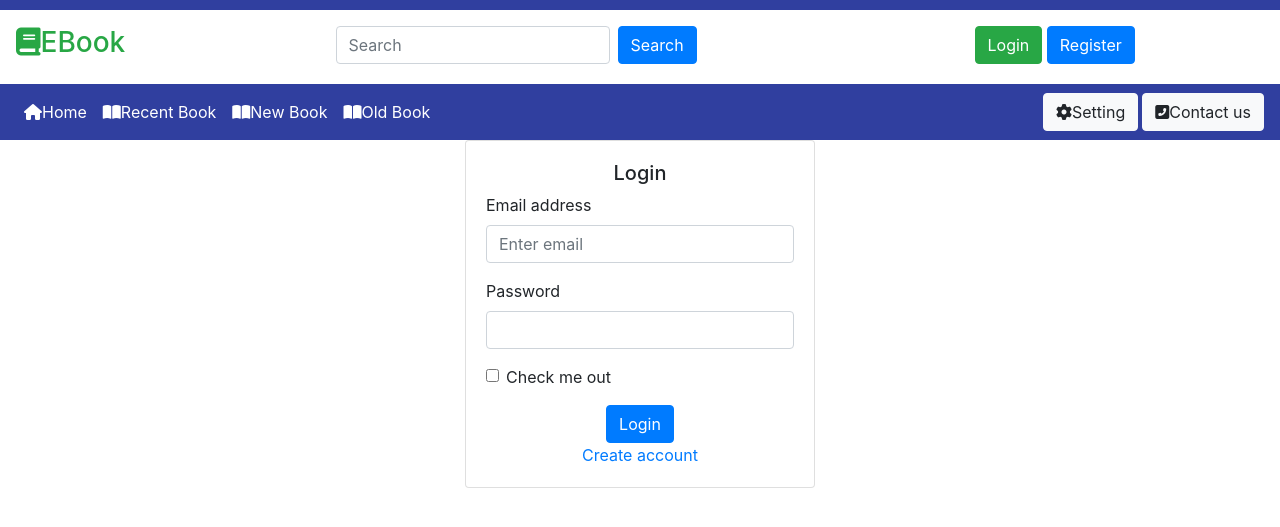
Repository: DaoThanhLam/eProjectKy4
Page: http://localhost/bookma_pro/login.jsp
An editor plug-in stored every save of this project. The page is shown before and after the next save, followed by the edit.
The browser window is 1280 px wide. The pictures show the whole page.
Some web libraries are served in a nearby version. The page is served by Tomcat 9.

Above is the page before, as saved 2024-11-16 08:35:45.

### bookma_pro/src/main/webapp/login.jsp
<%@ page language="java" contentType="text/html; charset=ISO-8859-1"
    pageEncoding="ISO-8859-1"%>
<!DOCTYPE html>
<html>
<head>
<meta charset="ISO-8859-1">
<title>Insert title here</title>
<%@include file="components/css.jsp"%>
</head>
<body style="backgrounf-color: #f0f1f2">
<%@include file="components/navbar.jsp"%>

<div class="container">
	<div class="row">
		<div class="col-md-4 offset-md-4">
			<div class="card">
				<div class="card-body">
			<h5 class="text-center">Login</h5>
					<form>
  						<div class="form-group">
    						<label for="exampleInputEmail1">Email address</label>
    						<input type="email" class="form-control" id="exampleInputEmail1" aria-describedby="emailHelp" placeholder="Enter email">
  						</div>
  						<div class="form-group">
    						<label for="exampleInputPassword1">Password</label>
    						<input type="password" class="form-control" id="exampleInputPassword1">
  						</div>
  						<div class="form-group form-check">
    						<input type="checkbox" class="form-check-input" id="exampleCheck1">
    						<label class="form-check-label" for="exampleCheck1">Check me out</label>
  						</div>
  						<div class="text-center">
  							<button type="submit" class="btn btn-primary">Login</button> <br>
  							<a href="register.jsp">Create account</a>
  						</div>
					</form>
				</div>
			</div>
		</div>
	</div>
</div>


</body>
</html>

### bookma_pro/src/main/webapp/components/css.jsp
<link rel="stylesheet" href="https://cdn.jsdelivr.net/npm/bootstrap@4.3.1/dist/css/bootstrap.min.css" integrity="sha384-ggOyR0iXCbMQv3Xipma34MD+dH/1fQ784/j6cY/iJTQUOhcWr7x9JvoRxT2MZw1T" crossorigin="anonymous">

<script src="https://code.jquery.com/jquery-3.3.1.slim.min.js" integrity="sha384-q8i/X+965DzO0rT7abK41JStQIAqVgRVzpbzo5smXKp4YfRvH+8abtTE1Pi6jizo" crossorigin="anonymous"></script>

<script src="https://cdn.jsdelivr.net/npm/popper.js@1.14.7/dist/umd/popper.min.js" integrity="sha384-UO2eT0CpHqdSJQ6hJty5KVphtPhzWj9WO1clHTMGa3JDZwrnQq4sF86dIHNDz0W1" crossorigin="anonymous"></script>

<script src="https://cdn.jsdelivr.net/npm/bootstrap@4.3.1/dist/js/bootstrap.min.js" integrity="sha384-JjSmVgyd0p3pXB1rRibZUAYoIIy6OrQ6VrjIEaFf/nJGzIxFDsf4x0xIM+B07jRM" crossorigin="anonymous"></script>

<link rel="stylesheet" href="https://cdnjs.cloudflare.com/ajax/libs/font-awesome/6.6.0/css/all.min.css" integrity="sha512-Kc323vGBEqzTmouAECnVceyQqyqdsSiqLQISBL29aUW4U/M7pSPA/gEUZQqv1cwx4OnYxTxve5UMg5GT6L4JJg==" crossorigin="anonymous" referrerpolicy="no-referrer" />

<link rel="stylesheet" href="components/style.css">

### bookma_pro/src/main/webapp/components/navbar.jsp
<div class="container-fluid" style="height: 10px; background-color: #303f9f"></div>

<div class="container-fluid p-3">
	<div class="row" >
		<div class="col-md-3 text-success">
			<h3><i class="fas fa-book"></i>EBook</h3>
		</div>
		<div class="col-md-6">
	  		<form class="form-inline my-2 my-lg-0">
      			<input class="form-control mr-sm-2" type="search" placeholder="Search" aria-label="Search">
      			<button class="btn btn-primary my-2 my-sm-0" type="submit">Search</button>
    		</form>
		</div>

			<div class="col-md-3">
			<a href="login.jsp" class="btn btn-success">Login</a>
			<a href="register.jsp" class="btn btn-primary text-white">Register</a>
			</div>

	</div>
</div>

<nav class="navbar navbar-expand-lg navbar-dark bg-custom">
  <button class="navbar-toggler" type="button" data-toggle="collapse" data-target="#navbarSupportedContent" aria-controls="navbarSupportedContent" aria-expanded="false" aria-label="Toggle navigation">
    <span class="navbar-toggler-icon"></span>
  </button>

  <div class="collapse navbar-collapse" id="navbarSupportedContent">
    <ul class="navbar-nav mr-auto">
      <li class="nav-item active">
        <a class="nav-link" href="#">
        	<i class="fas fa-home"></i>Home <span class="sr-only">(current)</span>
        </a>
      </li>
      <li class="nav-item active">
        <a class="nav-link" href="#"><i class="fas fa-book-open"></i>Recent Book</a>
      </li>
      <li class="nav-item active">
        <a class="nav-link" href="#"><i class="fas fa-book-open"></i>New Book</a>
      </li>

      <li class="nav-item active">
        <a class="nav-link disabled" href="#" tabindex="-1" aria-disabled="true"><i class="fas fa-book-open"></i>Old Book</a>
      </li>
    </ul>
    <form class="form-inline my-2 my-lg-0">
      <button class="btn btn-light my-2 my-sm-0" type="submit"><i class="fas fa-cog"></i>Setting</button>
      <button class="btn btn-light my-2 my-sm-0 ml-1" type="submit"><i class="fas fa-phone-square-alt"></i>Contact us</button>
    </form>
  </div>
</nav>

### bookma_pro/src/main/webapp/components/style.css
.bg-custom{
	background-color: #303f9f;
}
.navbar .nav-item:hover .nav-link{
	background-color: white;
	color:  #303f9f;
	border-radius: 10px;
}

After the next save:
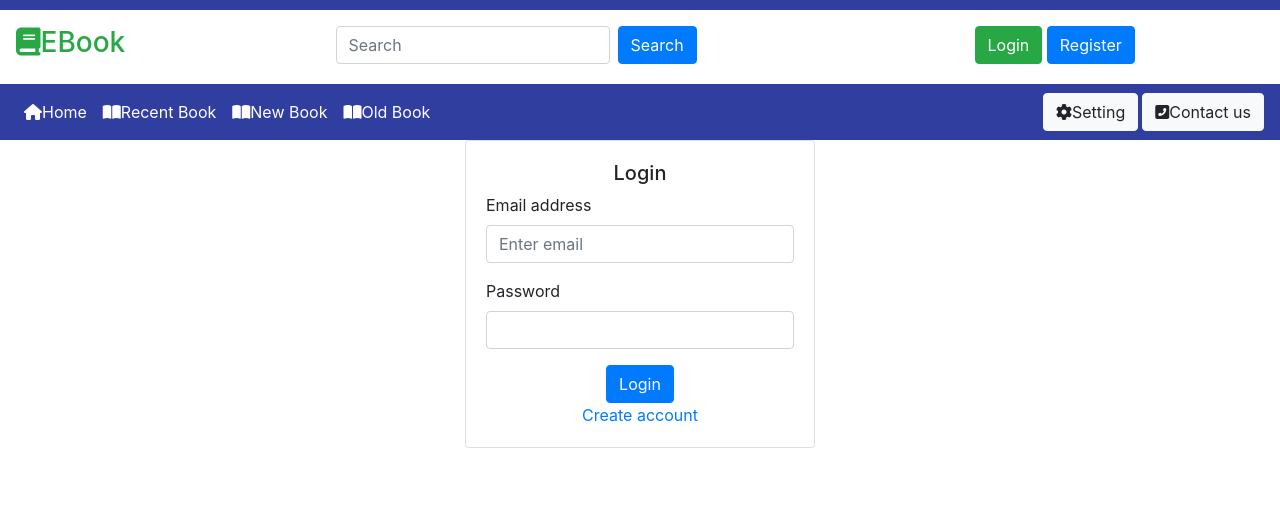
Saved 48 s later.
--- a/bookma_pro/src/main/webapp/login.jsp
+++ b/bookma_pro/src/main/webapp/login.jsp
@@ -23,11 +23,7 @@
   						</div>
   						<div class="form-group">
     						<label for="exampleInputPassword1">Password</label>
-    						<input type="password" class="form-control" id="exampleInputPassword1">
-  						</div>
-  						<div class="form-group form-check">
-    						<input type="checkbox" class="form-check-input" id="exampleCheck1">
-    						<label class="form-check-label" for="exampleCheck1">Check me out</label>
+    						<input type="password" class="form-control" id="exampleInputPassword1" required="required">
   						</div>
   						<div class="text-center">
   							<button type="submit" class="btn btn-primary">Login</button> <br>
